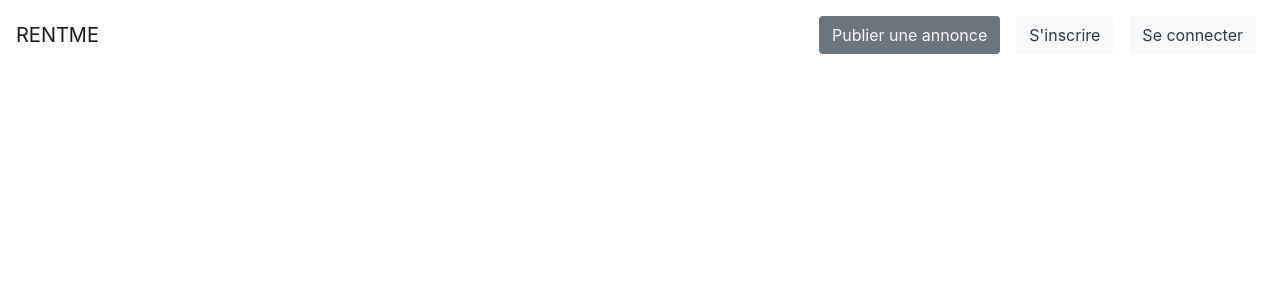
Repository: johan1412/rentme-front
Page: /
An editor plug-in stored every save of this project. The page is shown before and after the next save, followed by the edit.
The browser window is 1280 px wide. The pictures show the whole page.
The project was rebuilt for these pictures with package versions that can differ from the ones it lists, and the page was loaded fresh each time. Also part of the build but not shown: vue.config.js, src/components/auth/Login.vue, src/components/auth/Register.vue.

Above is the page before, as saved 2021-12-14 19:38:29.

### src/main.js
import Vue from "vue";
import App from "./App.vue";
import VueRouter from 'vue-router'
import Login from './components/auth/Login.vue'
import Register from './components/auth/Register.vue'

import HomePage from './components/Home.vue'
import { BootstrapVue, IconsPlugin } from 'bootstrap-vue'

// Import Bootstrap an BootstrapVue CSS files (order is important)
import 'bootstrap/dist/css/bootstrap.css'
import 'bootstrap-vue/dist/bootstrap-vue.css'

// Make BootstrapVue available throughout your project
Vue.use(BootstrapVue)
// Optionally install the BootstrapVue icon components plugin
Vue.use(IconsPlugin)

Vue.config.productionTip = false;

Vue.use(VueRouter)


const routes = [
  { path: '/', component: HomePage },
  { path: '/login', component: Login },
  { path: '/register', component: Register },
]

const router = new VueRouter({
  routes,
  history : true,
  mode : 'history'
})


new Vue({
  render: (h) => h(App),
  router
}).$mount("#app");

### src/App.vue
<template>
  <router-view />
</template>
<script>
export default {
  name: "App"
};
</script>

<style>

</style>

### src/components/Home.vue
<template>
<div>
        <nav-bar />
<div class="containert m-auto">
  <h1></h1>
</div>
</div>
</template>
<script>
import NavBar from './layouts/NavBar.vue';
export default {
  name: "Home",
  components:{
    NavBar
  }
};
</script>

### src/components/layouts/NavBar.vue
<template>
<div>
  <b-navbar toggleable="lg" type="light" variant="white">
    <b-navbar-brand class="fw-bold">RENTME</b-navbar-brand>
    <b-collapse id="nav-collapse" is-nav>
      <b-navbar-nav class="ml-auto">
        <b-nav-item><router-link class="btn bg-secondary text-light" to="login">Publier une annonce</router-link></b-nav-item>
        <b-nav-item><router-link class="btn bg-light text-dark" to="register">S'inscrire</router-link></b-nav-item>
        <b-nav-item><router-link class="btn bg-light text-dark" to="login">Se connecter</router-link></b-nav-item>
      </b-navbar-nav>
    </b-collapse>
  </b-navbar>
</div>
</template>
<script>

export default {
  name: "NavBar"
};
</script>

Loaded but not shown: public/index.html (common file)

After the next save:
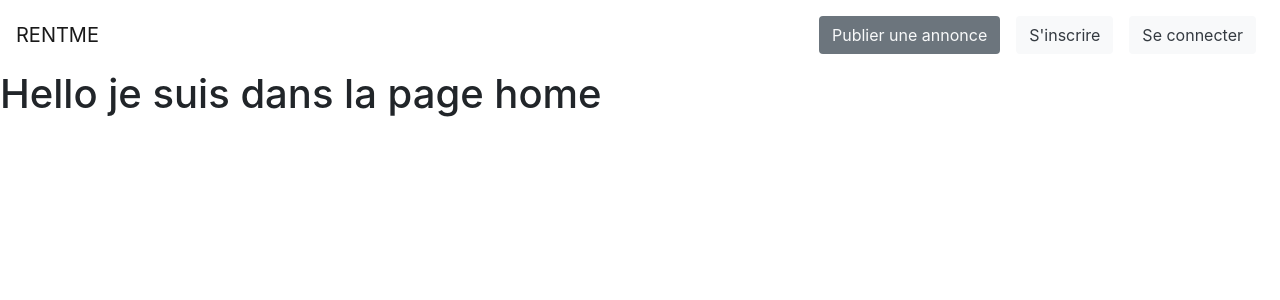
Saved 32 s later.
--- a/src/components/Home.vue
+++ b/src/components/Home.vue
@@ -2,7 +2,7 @@
 <div>
         <nav-bar />
 <div class="containert m-auto">
-  <h1></h1>
+  <h1>Hello je suis dans la page home</h1>
 </div>
 </div>
 </template>
